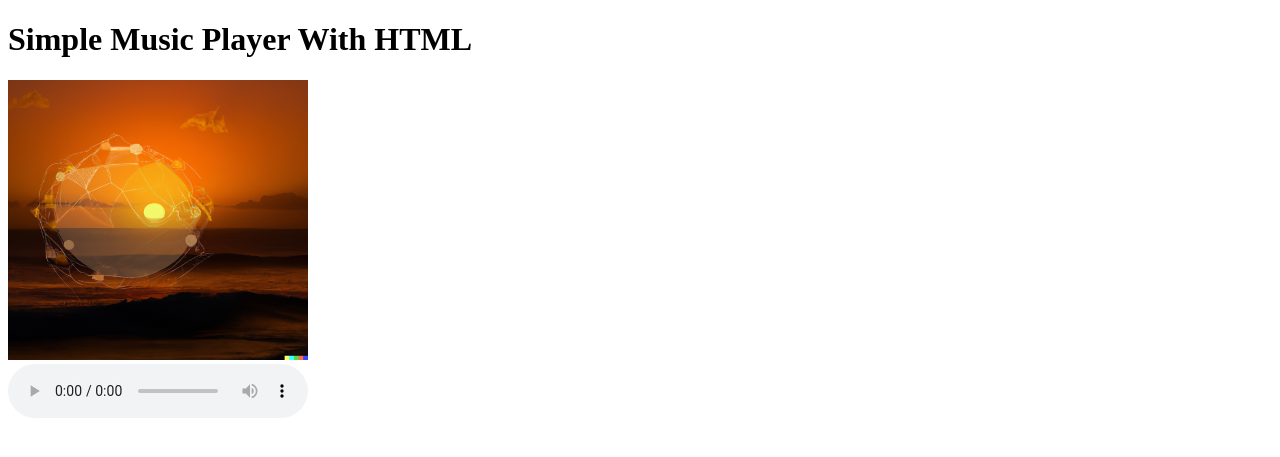
Repository: punitbathija/Placement-Assitance-iNeuron
Page: musicplayer.html
An editor plug-in stored every save of this project. The page is shown before and after the next save, followed by the edit.
The browser window is 1280 px wide. The pictures show the whole page.

Above is the page before, as saved 2023-05-18 15:05:01.

### musicplayer.html
<!DOCTYPE html>
<html lang="en">
  <head>
    <meta charset="UTF-8" />
    <meta http-equiv="X-UA-Compatible" content="IE=edge" />
    <meta name="viewport" content="width=device-width, initial-scale=1.0" />
    <title>Music Player</title>
  </head>
  <body>
    <header>
      <h1>Simple Music Player With HTML</h1>
    </header>
    <section>
      <img src="./cover.png" height="280px" width="300px" />
      <br />
      <audio controls>
        <source src="leva-eternity.mp3" type="audio/mp3" />
      </audio>
    </section>
  </body>
</html>

After the next save:
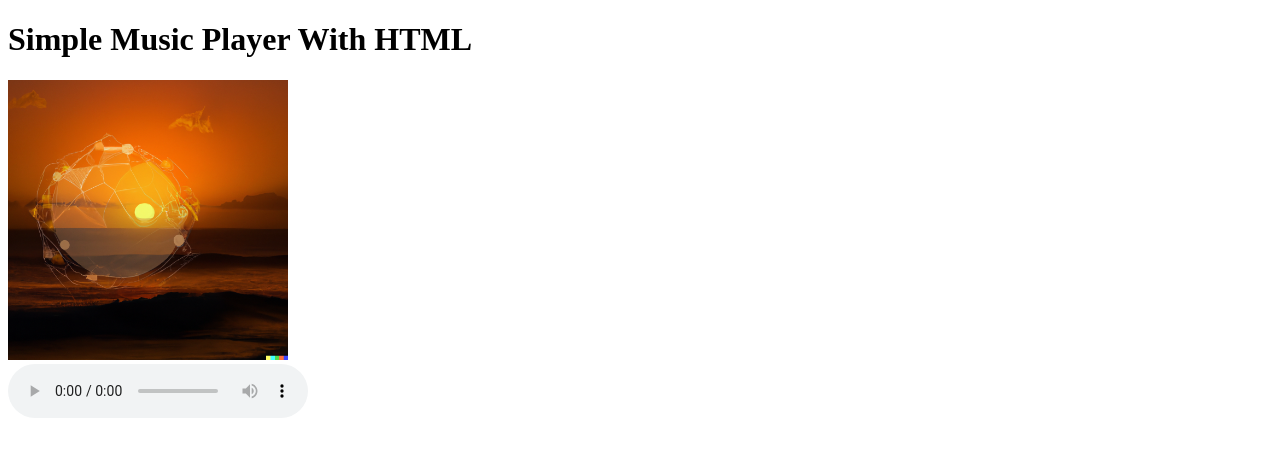
Saved 6 s later.
--- a/musicplayer.html
+++ b/musicplayer.html
@@ -11,7 +11,7 @@
       <h1>Simple Music Player With HTML</h1>
     </header>
     <section>
-      <img src="./cover.png" height="280px" width="300px" />
+      <img src="./cover.png" height="280px" width="280px" />
       <br />
       <audio controls>
         <source src="leva-eternity.mp3" type="audio/mp3" />
